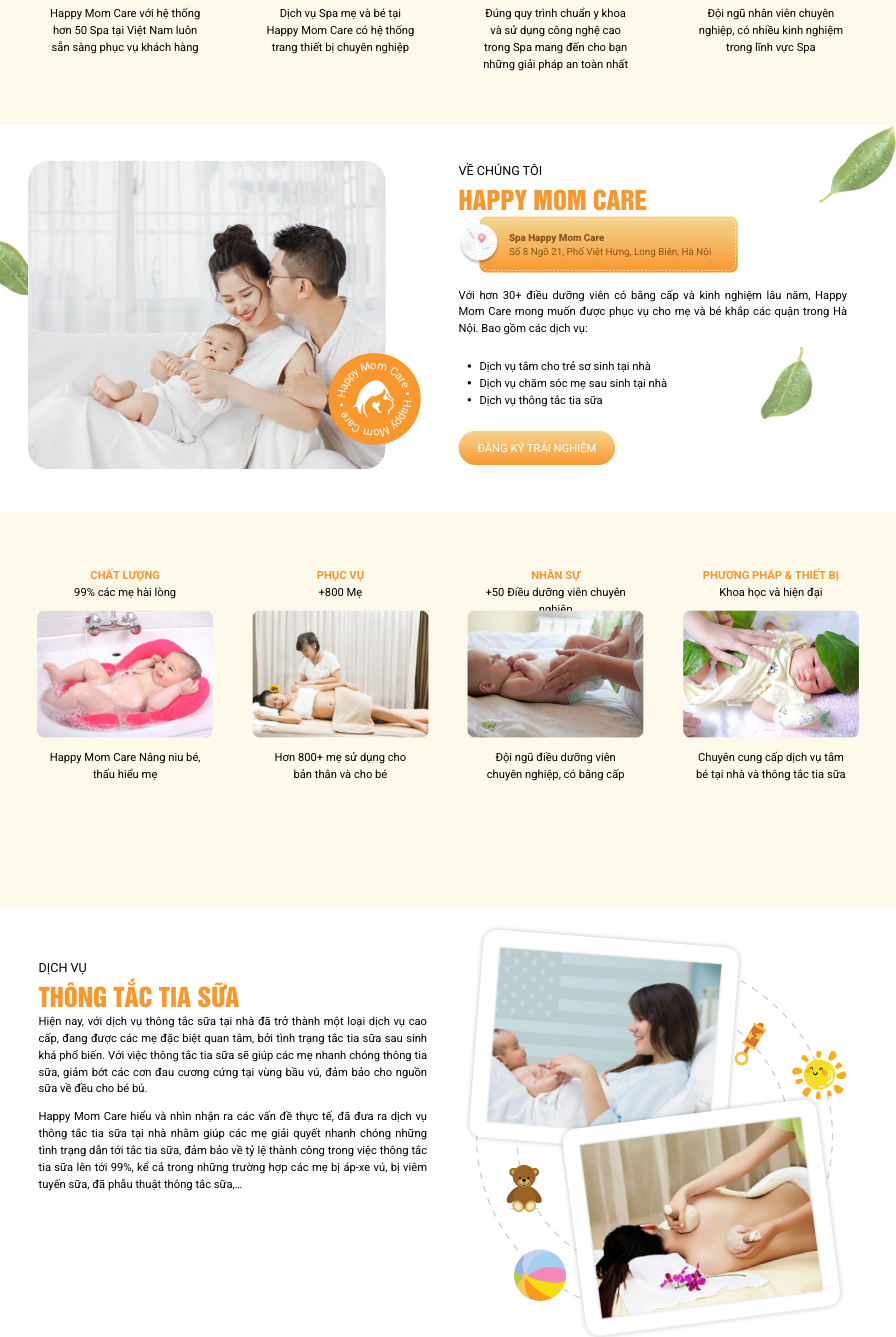
Repository: haianh12082001/happymom
Page: index.html
An editor plug-in stored every save of this project. The page is shown before and after the next save, followed by the edit.
The browser window is 1280 px wide. The pictures show the part of the page from y = 939 to 2859 px (the page is 2849 px tall before and 2859 px after), at 70% of full size.
Some web libraries are served in a nearby version. The style sheet was rebuilt from its Sass, Less or Tailwind sources for each picture, by a compiler version that may differ from the author's.

Above is the page before, as saved 2021-11-16 10:18:21.

After the next save:
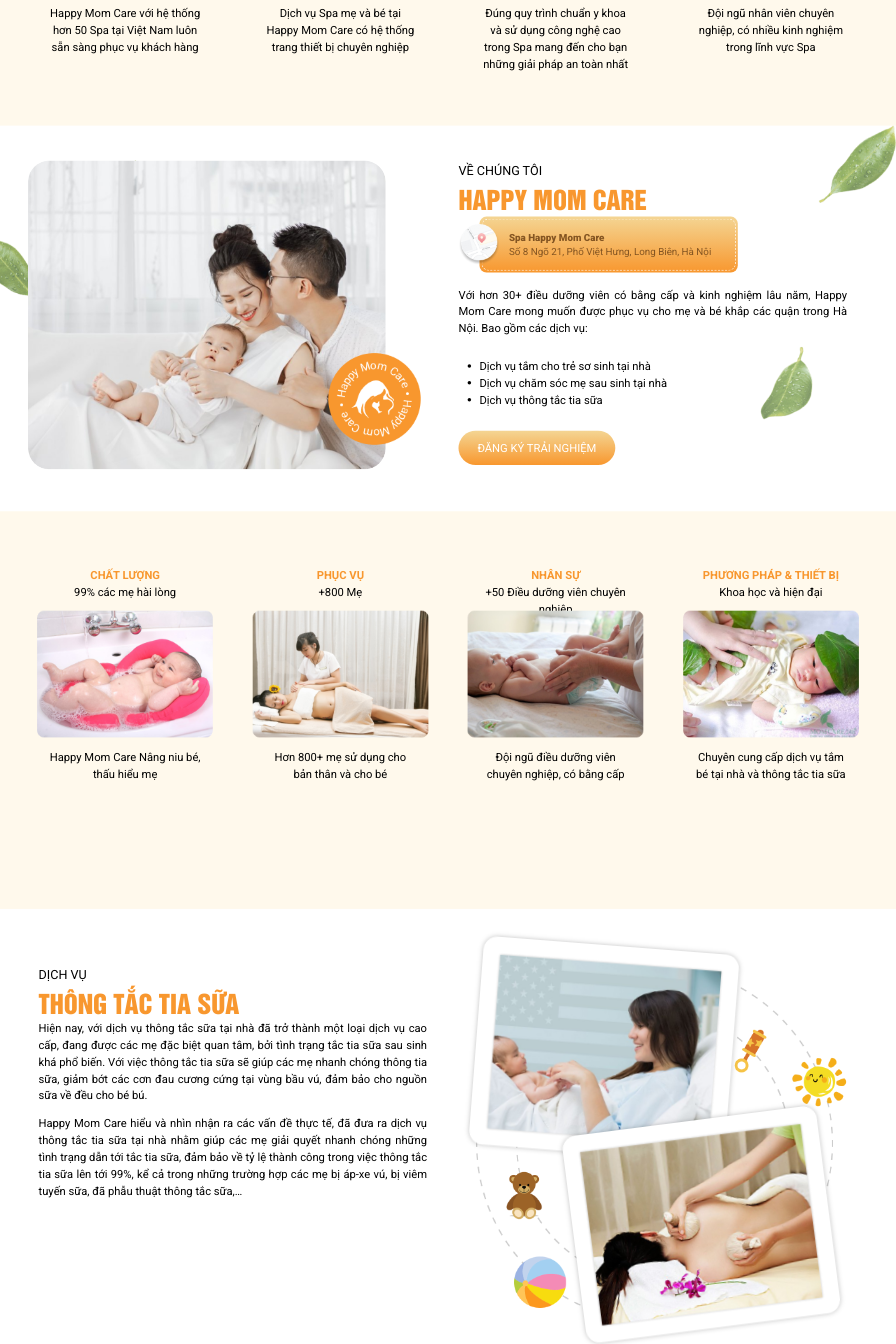
Saved 12 s later.
--- a/assets/sass/_service.scss
+++ b/assets/sass/_service.scss
@@ -16,7 +16,7 @@
     }
 }
 .serviceOne {
-    padding-top: 70px;
+    padding-top: 80px;
     &__left {
         padding: 0 30px;
     }
